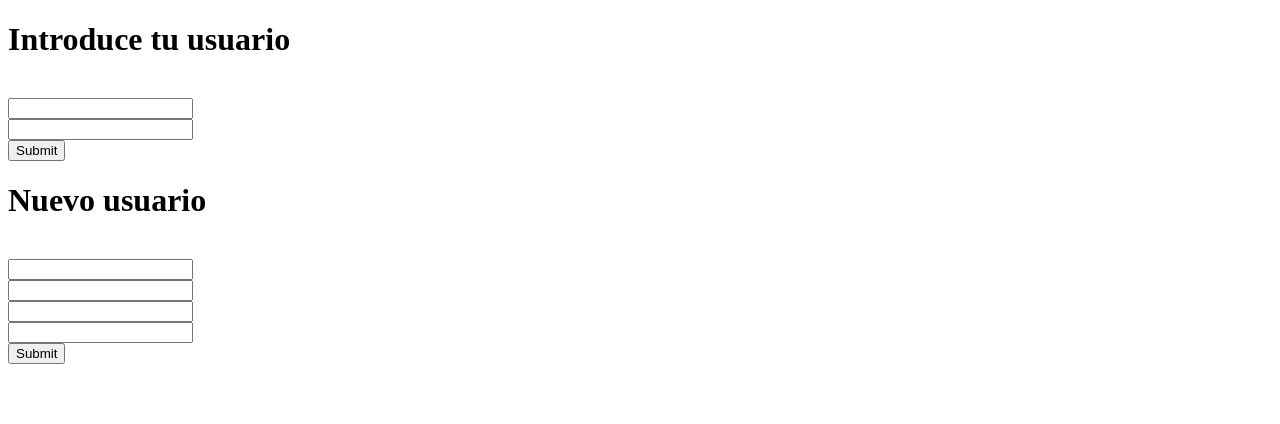
Repository: rodrigoconcham/Calendario
Page: http://localhost/WebCalendario/login.jsp
These files come from the project's save history. The page is drawn as it stood at one moment and after the next save; the edit follows.
The browser window is 1280 px wide. The pictures show the whole page.
The page is served by Tomcat 9.

Above is the page before, as saved 2014-11-10 18:28:48.

After the next save:
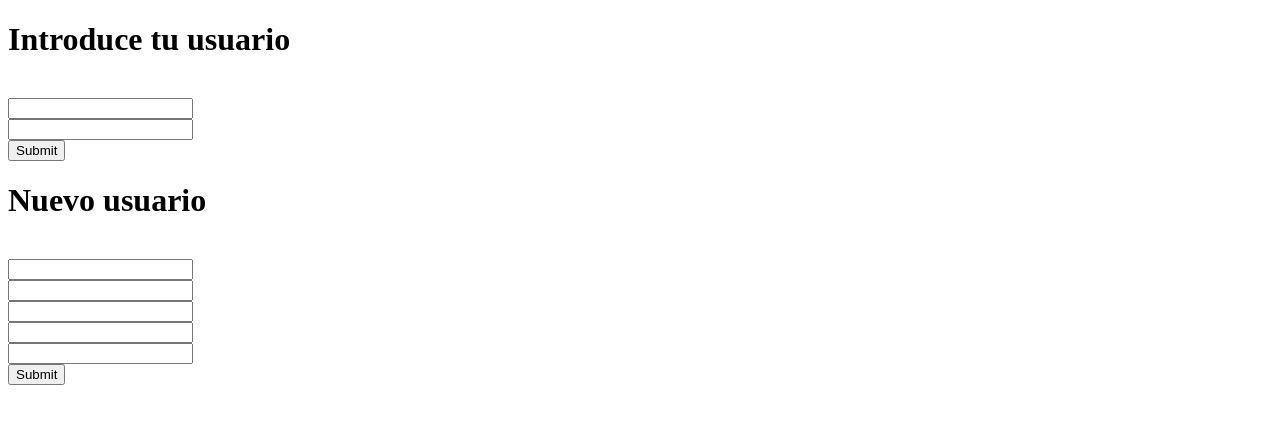
Saved 43 s later.
--- a/WebCalendario/WebContent/login.jsp
+++ b/WebCalendario/WebContent/login.jsp
@@ -22,6 +22,8 @@
     <input type ="text" name ="password"><br>
     <input type ="text" name ="nombre"><br>
     <input type ="text" name ="Apellidos"><br>
+    <input type ="text" name ="email"><br>
+
 
     <input type ="submit">
 
